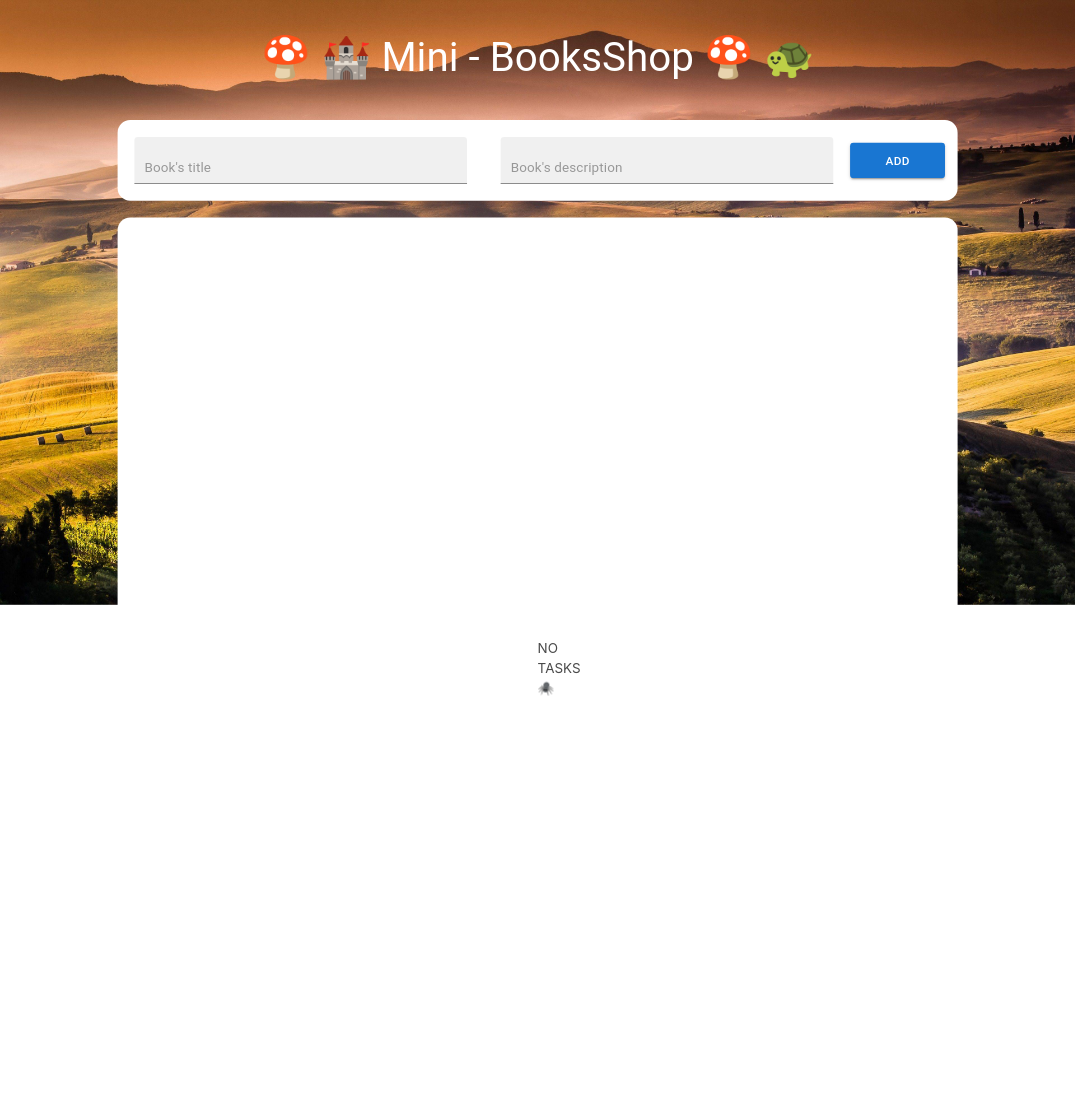
Repository: Tracy-maker/mini-bookshop
Page: /
The author's editor kept a copy of each file at every save. The page is drawn from the files as they stood at one save, then again after the next save.
The browser window is 1280 px wide. The pictures show the whole page, at 84% of full size.
The project was rebuilt for these pictures with package versions that can differ from the ones it lists, and the page was loaded fresh each time. Also part of the build but not shown: src/components/BookEdit.js, src/components/TaskShow.js.

Above is the page before, as saved 2023-09-21 16:21:01.

After the next save:
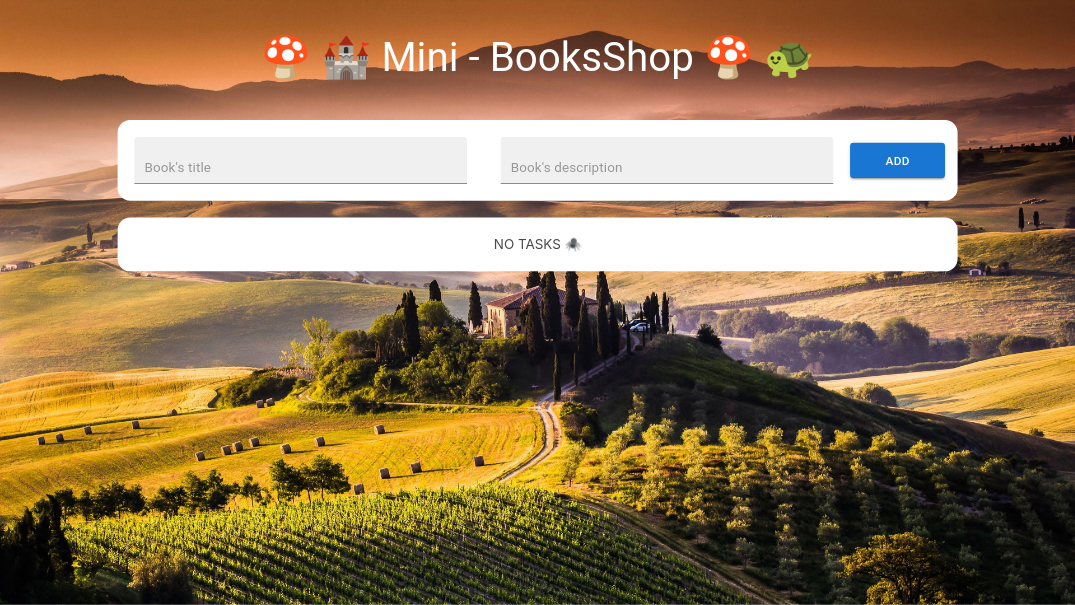
Saved 7 s later.
--- a/src/components/TaskList.js
+++ b/src/components/TaskList.js
@@ -5,7 +5,7 @@ import styled from "styled-components";
 
 const Reminder = styled(Box)`
   text-align: center;
-  padding: ${(props) => (props.noTasks ? "50%" : "0")};
+  padding: ${(props) => (props.noTasks ? "2%" : "0")};
 `;
 
 function TaskList(props) {
